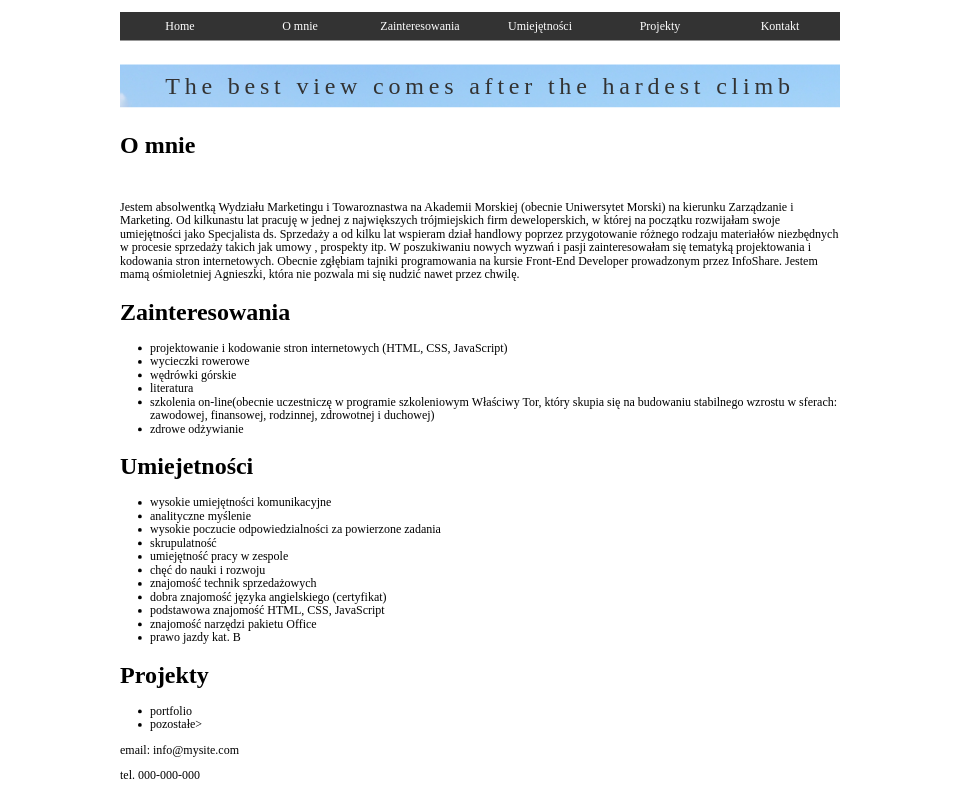
Repository: MagJaw/portfolio
Page: portfolio.html
An editor plug-in stored every save of this project. The page is shown before and after the next save, followed by the edit.
The browser window is 1280 px wide. The pictures show the whole page, at 75% of full size.

Above is the page before, as saved 2018-11-12 00:20:13.

### portfolio.html
<!DOCTYPE html>
<html lang="pl">
<head>
    <meta charset="UTF-8">
    <meta name="viewport" content="width=device-width, initial-scale=1.0">
    <meta http-equiv="X-UA-Compatible" content="ie=edge">
    <link rel="stylesheet" href="main.css">
    <title>Portfolio</title>
</head>
<body>
    <div id="wrapper">
        <nav role="navigation"class="menu__container">
            <ul class="menu">
                <li class="menu__section">
                    <a href="#section1">Home</a>
                </li>
                <li class="menu__section">
                    <a href="#section2">O mnie</a>
                </li>
                <li class="menu__section">
                    <a href="#section3">Zainteresowania</a>
                </li>
                <li class="menu__section">
                    <a href="#section4">Umiejętności</a>
                </li>
                <li class="menu__section">
                    <a href="#section5">Projekty</a>
                </li>
                <li class="menu__section">
                    <a href="#section6">Kontakt</a>
                </li>
            </ul>
        </nav>
        <div class="motto__container">
            <blockquote>The best view comes after the hardest climb</blockquote>
        </div>

        <div class="section2">
            <h1 class="header__section">O mnie</h1>
            <img src="" class="my__photo">
            <p> Jestem absolwentką Wydziału Marketingu i Towaroznastwa na Akademii Morskiej (obecnie Uniwersytet Morski) na kierunku Zarządzanie i Marketing. Od kilkunastu lat pracuję w jednej z największych trójmiejskich firm deweloperskich, w której na początku rozwijałam swoje umiejętności jako Specjalista ds. Sprzedaży a od kilku lat wspieram dział handlowy poprzez przygotowanie różnego rodzaju materiałów niezbędnych w procesie sprzedaży takich jak umowy , prospekty itp. W poszukiwaniu nowych wyzwań i pasji zainteresowałam się tematyką projektowania i kodowania stron internetowych. Obecnie zgłębiam tajniki programowania na kursie Front-End Developer prowadzonym przez InfoShare. Jestem mamą ośmioletniej Agnieszki, która nie pozwala mi się nudzić nawet przez chwilę.</p>
        </div>
        <div class="section3">
            <h1 class="header__section">Zainteresowania</h1>
            <ul>
                <li>projektowanie i kodowanie stron internetowych (HTML, CSS, JavaScript)</li>
                <li>wycieczki rowerowe</li>
                <li>wędrówki górskie</li>
                <li>literatura</li>
                <li>szkolenia on-line(obecnie uczestniczę w programie szkoleniowym Właściwy Tor, który skupia się na budowaniu stabilnego wzrostu w sferach: zawodowej, finansowej, rodzinnej, zdrowotnej i duchowej)</li>
                <li>zdrowe odżywianie</li>
            </ul>
        </div>
        <div class="section4">
            <h1 class="header__section">Umiejetności</h1>
            <ul>
                <li>wysokie umiejętności komunikacyjne</li>
                <li>analityczne myślenie</li>
                <li>wysokie poczucie odpowiedzialności za powierzone zadania</li>
                <li>skrupulatność</li>
                <li>umiejętność pracy w zespole</li>
                <li>chęć do nauki i rozwoju</li>
                <li>znajomość technik sprzedażowych</li>
                <li>dobra znajomość języka angielskiego (certyfikat)</li>
                <li>podstawowa znajomość HTML, CSS, JavaScript</li>
                <li>znajomość narzędzi pakietu Office</li>
                <li>prawo jazdy kat. B</li>
            </ul>
        </div>
        <div class="section5">
            <h1 class="header__section">Projekty</h1>
            <ul>
                <li>portfolio</li>
                <li>pozostałe></li>
            </ul>
        </div>
        <div class="section6">
            <p>email: info@mysite.com</p>
            <p>tel. 000-000-000</p>
        </div>
    </div>
</body>
</html>

### main.css
#wrapper {
    width: 100%;
    max-width: 960px;
    margin: 0 auto;
}

.menu__container {
background:  #333;
}

.menu {
    list-style-type: none;
    padding: 0;
}

.menu__container a {
    text-decoration: none;
    text-align: center;
    color: #fff;
    display: block;
    padding: 10px;
}

.menu__container a:hover {
background-color: #555;
}

.motto__container {
width: 100%;
max-height: 50vw;
background-image: url(tapeta.jpg);
background-color: #555;
opacity: 0.8;
}

blockquote {
font-size: 2em;
letter-spacing: 0.2em;
color: #000;
text-align: center;
padding: 10px;
}

@media screen and (min-width: 768px){

.menu {
display: flex;
}

.menu__section {
flex: 1 1 0;
}

}

After the next save:
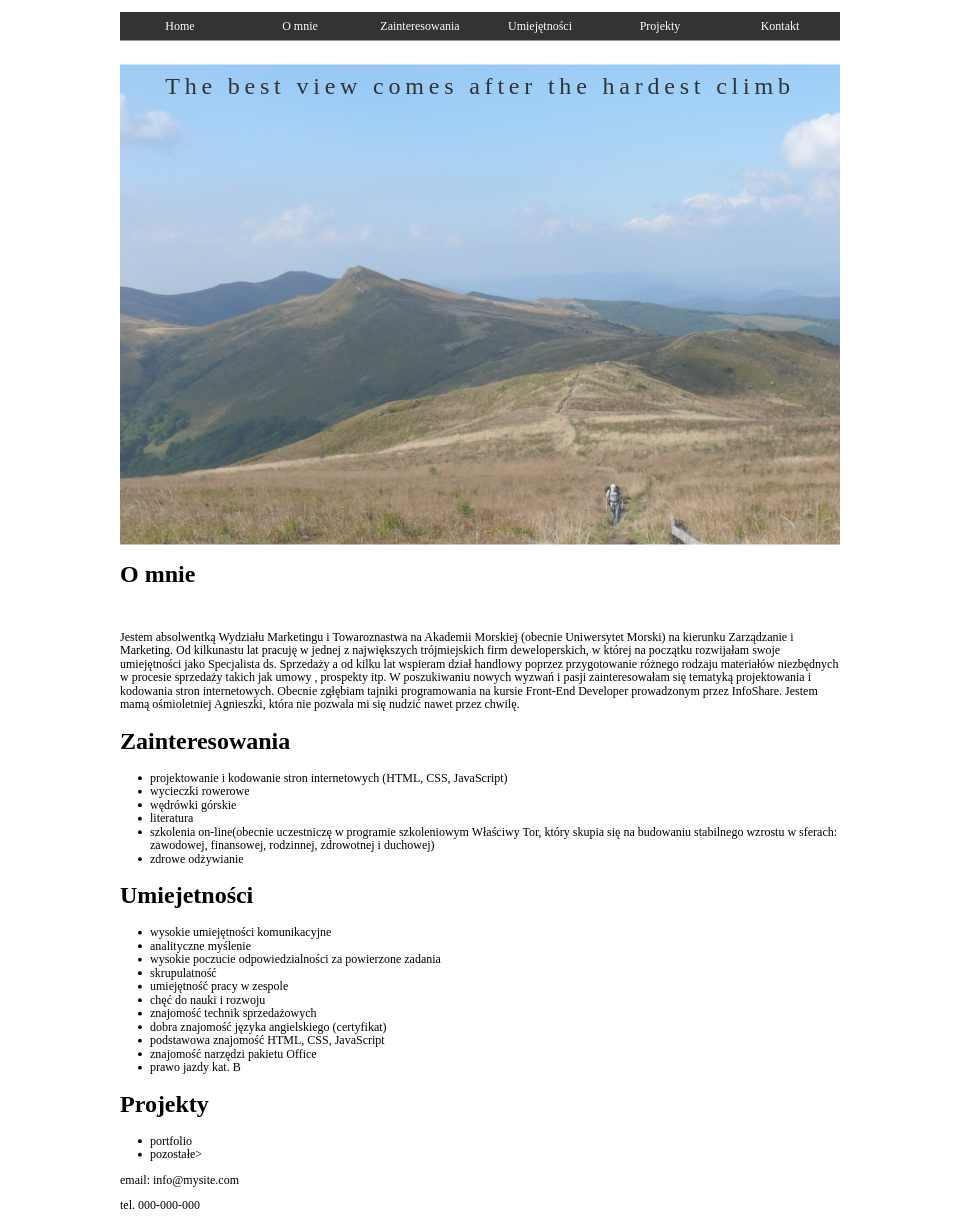
Saved 16 s later.
--- a/main.css
+++ b/main.css
@@ -27,7 +27,7 @@ background-color: #555;
 
 .motto__container {
 width: 100%;
-max-height: 50vw;
+height: 50vw;
 background-image: url(tapeta.jpg);
 background-color: #555;
 opacity: 0.8;
